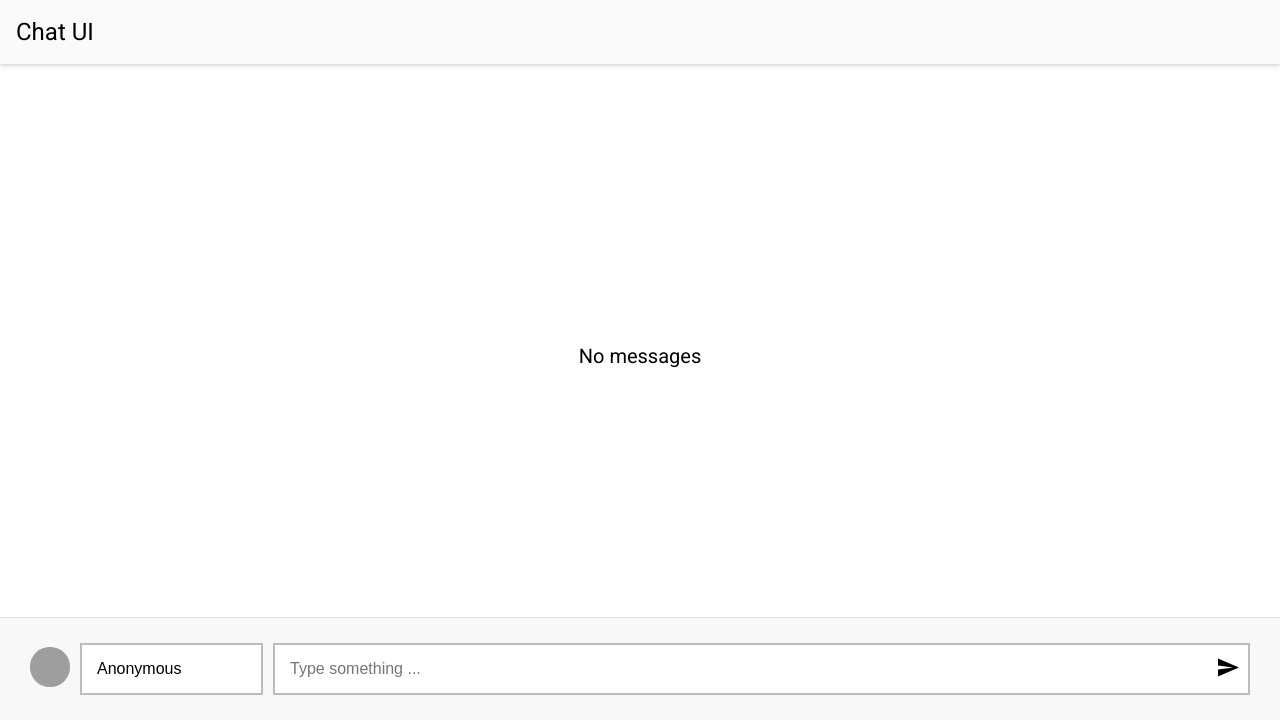
Repository: Faradey27/chat-ui
Page: /
These files come from the project's save history. The page is drawn as it stood at one moment and after the next save; the edit follows.
The browser window is 1280 px wide. The pictures show the whole page.
Pictures or frames that could not be fetched are drawn as grey boxes. The page's requests for data from a server got no answer. The project was rebuilt for these pictures with package versions that can differ from the ones it lists, and the page was loaded fresh each time. No one was signed in, and anything a server would have sent is missing. Also part of the build but not shown: src/components/MessageUsername/MessageUsername.js, src/components/MessageUsername/index.js, src/components/MessageText/MessageText.js, src/components/MessageText/index.js, src/components/MessageDate/MessageDate.js, src/components/MessageDate/index.js, src/components/Message/Message.js.

Above is the page before, as saved 2018-03-03 23:38:50.

After the next save:
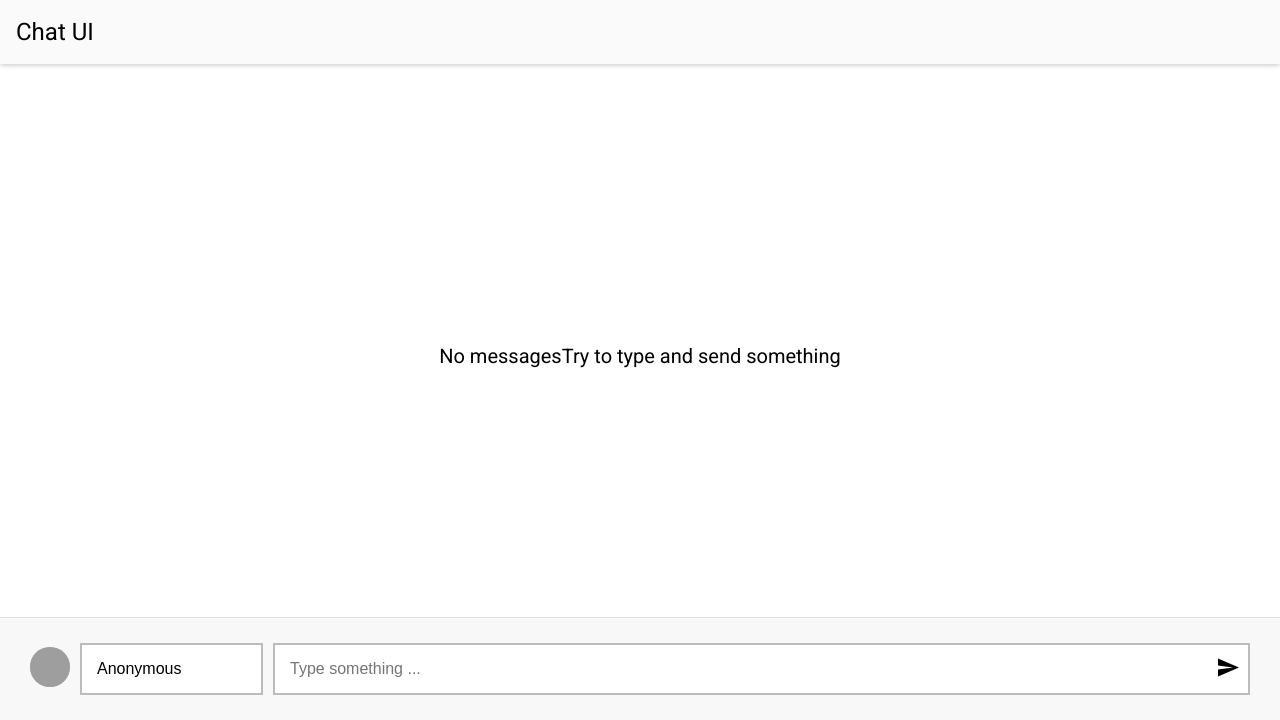
Saved 37 s later.
--- a/src/containers/MessageListArea/MessageListAreaView.js
+++ b/src/containers/MessageListArea/MessageListAreaView.js
@@ -30,7 +30,12 @@ class MessageListAreaView extends React.Component {
 
   renderMessages() {
     if (!this.props.messages.length) {
-      return <div className={emptyStyle}>No messages</div>
+      return (
+        <div className={emptyStyle}>
+          <span>No messages</span>
+          <span>Try to type and send something</span>
+        </div>
+      );
     }
 
     return this.props.messages.map((message) => <Message key={message.id} message={message}/>);
